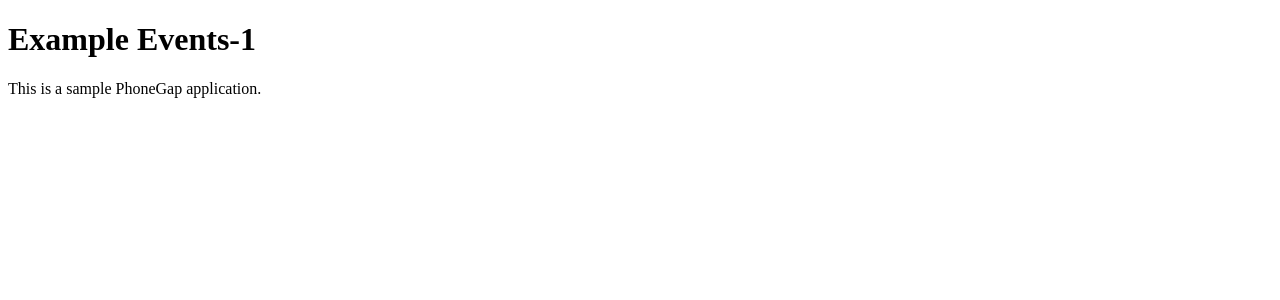
Repository: HILOLT/phonegap-demo
Page: Android/workspace/Events/assets/www/index.html
These files come from the project's save history. The page is drawn as it stood at one moment and after the next save; the edit follows.
The browser window is 1280 px wide. The pictures show the whole page.

Above is the page before, as saved 2012-08-22 04:50:40.

### Android/workspace/Events/assets/www/index.html
<!DOCTYPE html>
<html>
	<head>
		<title>Example Events-1</title>
		<meta http-equiv="Content-type" content="text/html; charset=utf-8">
		<meta name="viewport" id="viewport" content="width=device-width, height=device-height, initial-scale=1.0, maximum-scale=1.0, user-scalable=no;" />
		<script type="text/javascript" charset="utf-8" src="cordova-2.0.0.js"></script>
		<script type="text/javascript" charset="utf-8">
			function onBodyLoad() {
				document.addEventListener("deviceready", onDeviceReady, false);
			}

			function onDeviceReady() {
				navigator.notification.alert("PhoneGap is ready!");
			}
		</script>
	</head>
	<body onload="onBodyLoad()">
		<h1>Example Events-1</h1>
		<p>
			This is a sample PhoneGap application.
		</p>
	</body>
</html>

Loaded but not shown: Android/workspace/Events/assets/www/cordova-2.0.0.js (no copy from this time; the picture is the same without it)

After the next save:
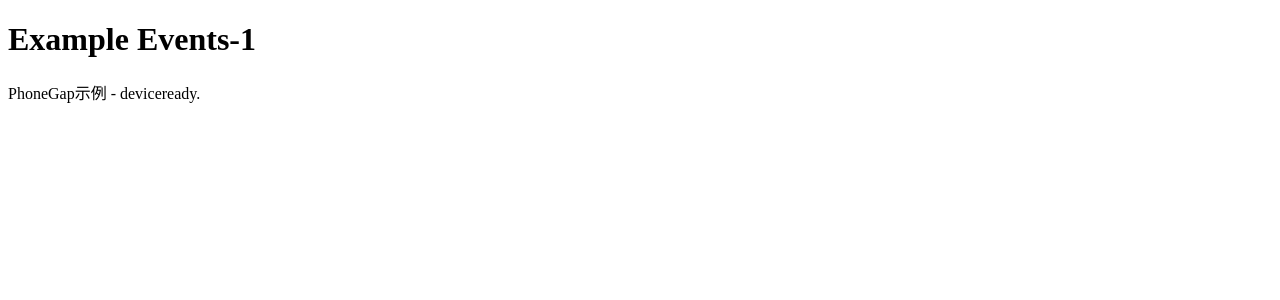
Saved 16 s later.
--- a/Android/workspace/Events/assets/www/index.html
+++ b/Android/workspace/Events/assets/www/index.html
@@ -18,7 +18,7 @@
 	<body onload="onBodyLoad()">
 		<h1>Example Events-1</h1>
 		<p>
-			This is a sample PhoneGap application.
+			PhoneGap示例 - deviceready.
 		</p>
 	</body>
 </html>
